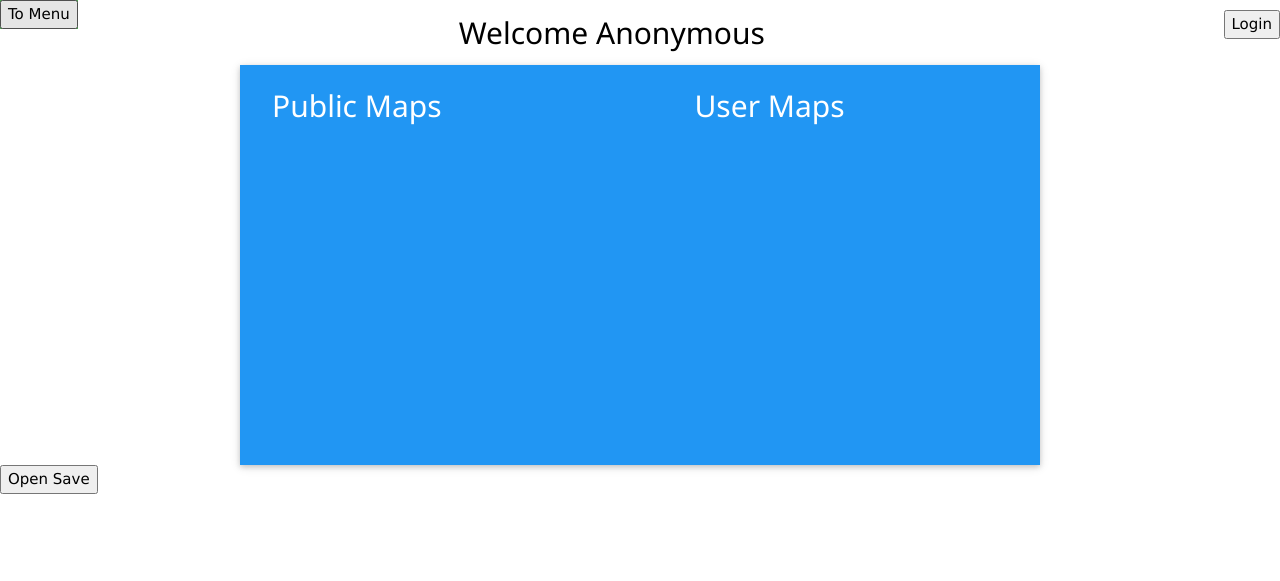
Repository: ReactorDevelopment/environment
Page: public/database.html
The author's editor kept a record of every edit. The page is drawn from the files as they stood at one moment, then again after the next edit.
The browser window is 1280 px wide. The pictures show the whole page.
The page's requests for data from a server got no answer.

Above is the page before.

After the next edit:
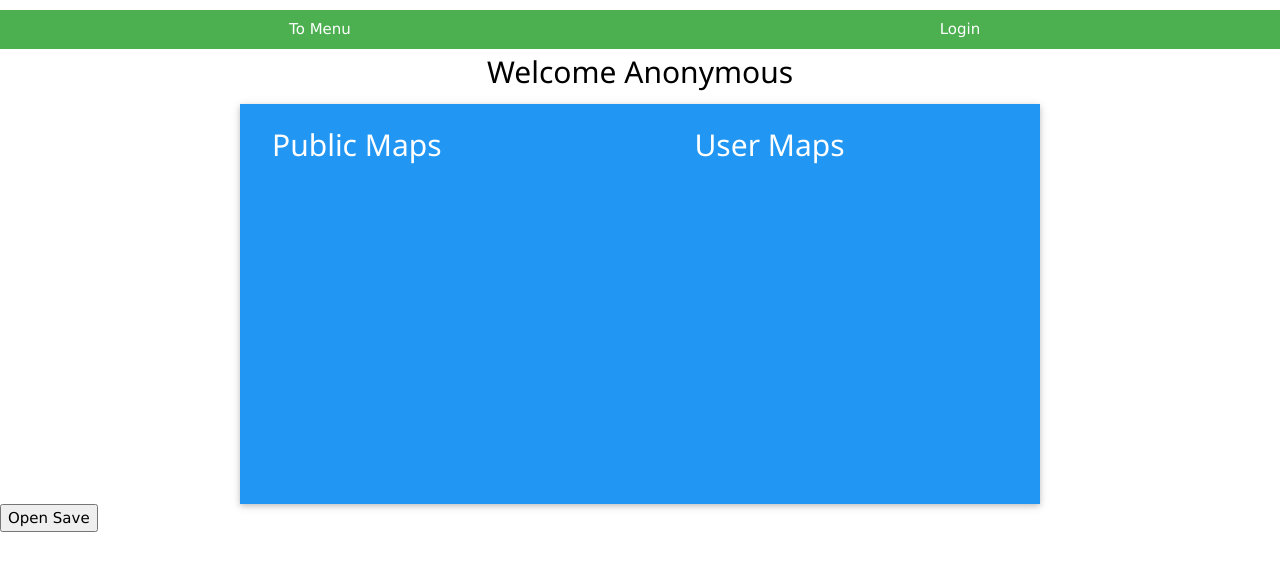
Not found: public/database.css
The edit:
--- a/public/database.html
+++ b/public/database.html
@@ -6,12 +6,12 @@
     </head>
     <meta name="viewport" content="width=device-width, initial-scale=1">
     <link rel="stylesheet" href="https://www.w3schools.com/w3css/4/w3.css">
+    <link rel="stylesheet" href="database.css">
     <body>
-        <div style="position: absolute; top: 0;" class="w3-green">
-            <button onclick="toMenu()">To Menu</button>
-
+        <div style="width:100%" class="w3-green topNav">
+            <button onclick="toMenu()" class="w3-half w3-button">To Menu</button>
+            <button id="loginBtn" class="w3-half w3-button"></button>
         </div>
-        <button id="loginBtn" style="float: right"></button>
         <h2 id="welcome" class="w3-center"></h2>
         <div style="height:400px; width:800px; margin: auto;" class="w3-container w3-blue w3-card">
             <ul id="saveHolder" class="w3-ul" style="width:45%; height:100%; overflow:auto; top:0; float: left;">

After the 5 edits that followed:
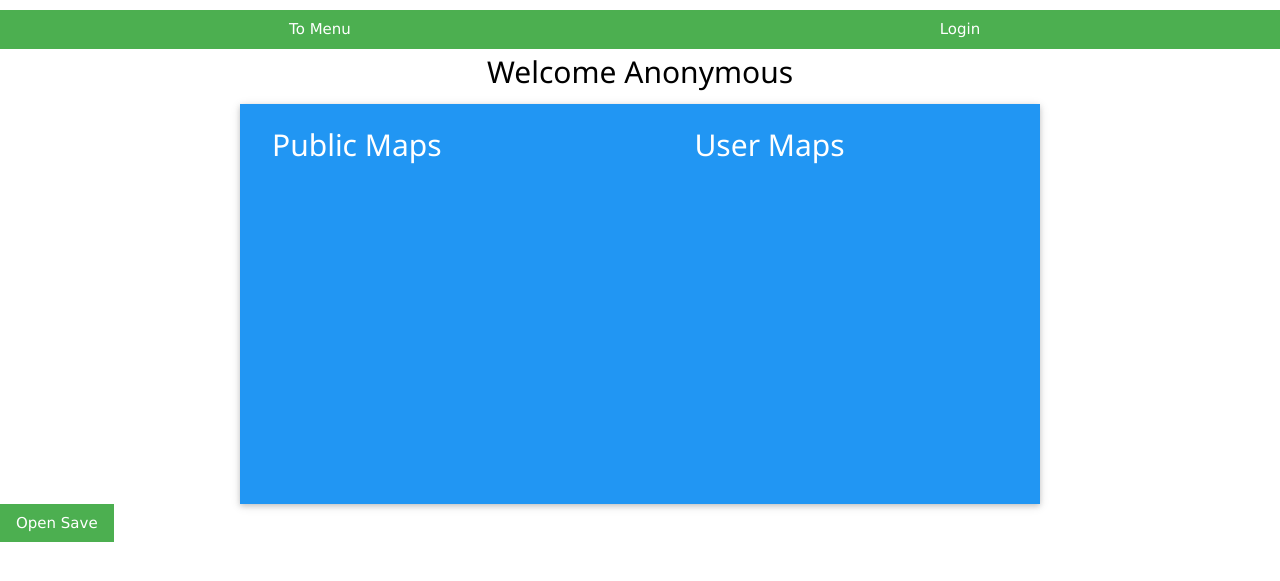
The 5 edits are shown as one change because 4 left the picture as it was.
The edit:
--- a/public/database.html
+++ b/public/database.html
@@ -6,11 +6,10 @@
     </head>
     <meta name="viewport" content="width=device-width, initial-scale=1">
     <link rel="stylesheet" href="https://www.w3schools.com/w3css/4/w3.css">
-    <link rel="stylesheet" href="database.css">
     <body>
-        <div style="width:100%" class="w3-green topNav">
-            <button onclick="toMenu()" class="w3-half w3-button">To Menu</button>
-            <button id="loginBtn" class="w3-half w3-button"></button>
+        <div style="width:100%">
+            <button onclick="toMenu()" class="w3-half w3-button w3-green w3-hover-light-green">To Menu</button>
+            <button id="loginBtn" class="w3-half w3-button w3-green w3-hover-light-green"></button>
         </div>
         <h2 id="welcome" class="w3-center"></h2>
         <div style="height:400px; width:800px; margin: auto;" class="w3-container w3-blue w3-card">
@@ -21,7 +20,7 @@
                 <li><h2>User Maps</h2></li>
             </ul>
         </div>
-        <button onclick="toMap()">Open Save</button>
+        <button onclick="toMap()" class="w3-button w3-green w3-hover-light-green">Open Save</button>
         <button id="visToggle" onclick="setVisibility()" style="float: right; visibility: hidden;"></button>
         <p id="showErr"></p>
     </body>
